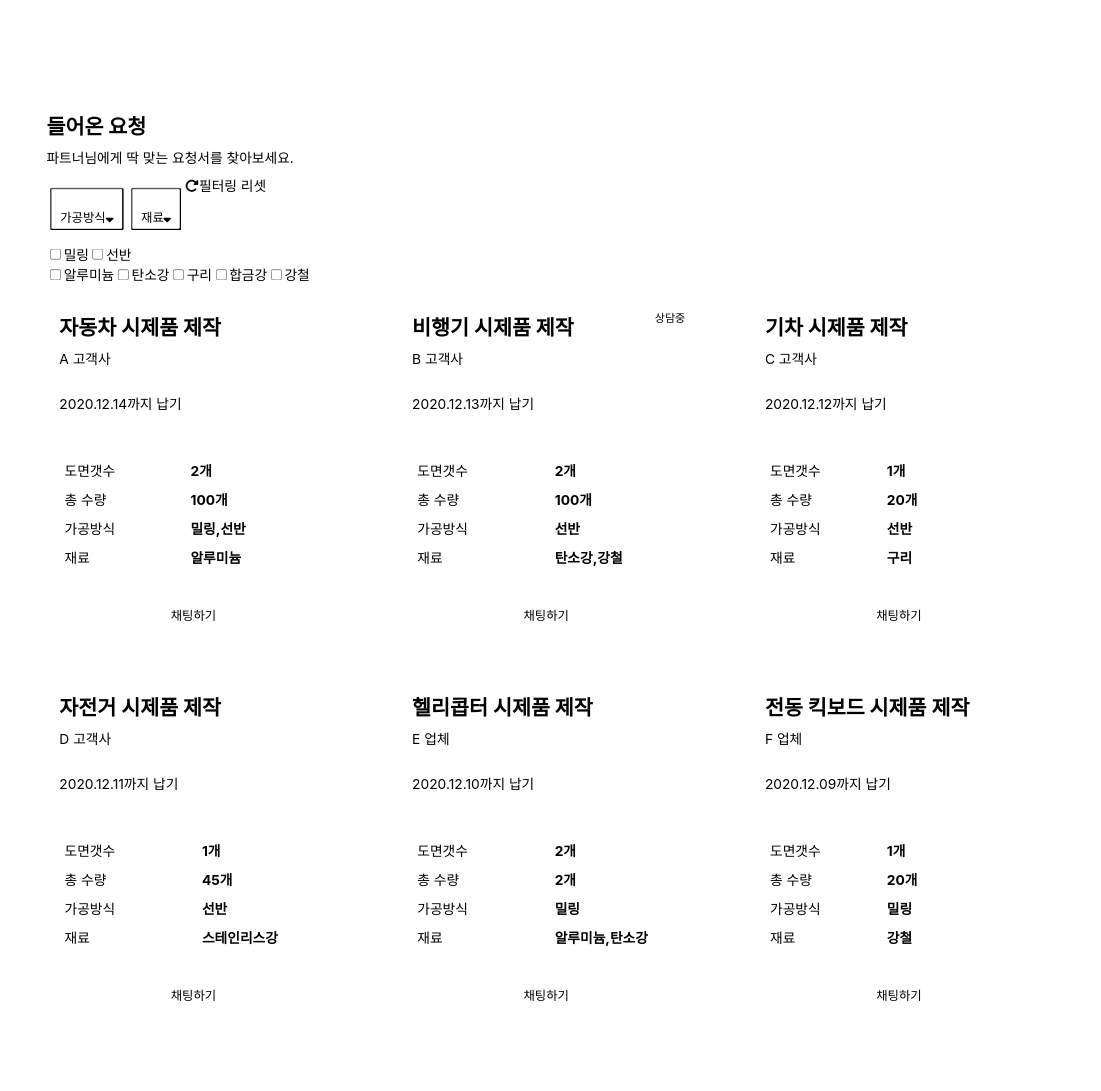
Repository: seoulsaram/capa
Page: /
An editor plug-in stored every save of this project. The page is shown before and after a run of saves, followed by the edit.
The browser window is 1280 px wide. The pictures show the whole page, at 86% of full size.
The project was rebuilt for these pictures with package versions that can differ from the ones it lists, and the page was loaded fresh each time. Requests to the local data server were answered from the project's data file. Also part of the build but not shown: src/App.css.

Above is the page before, as saved 2021-03-07 01:07:01.

### public/index.html
<!DOCTYPE html>
<html lang="en">
  <head>
    <meta charset="utf-8" />
    <link rel="icon" href="%PUBLIC_URL%/favicon.ico" />
    <meta name="viewport" content="width=device-width, initial-scale=1" />
    <meta name="theme-color" content="#000000" />
    <meta name="description" content="Web site created using create-react-app" />

    <title>React App</title>
  </head>
  <body>
    <noscript>You need to enable JavaScript to run this app.</noscript>
    <div id="root"></div>
  </body>
</html>

### src/index.js
import React from "react";
import ReactDOM from "react-dom";
import "./index.css";
import App from "./app";
import RequestInfo from "./service/request_info";

const requestInfo = new RequestInfo();

ReactDOM.render(
  <React.StrictMode>
    <App requestInfo={requestInfo} />
  </React.StrictMode>,
  document.getElementById("root")
);

### src/App.js
import "./app.css";
import Header from "./components/header/header";
import ItemContainer from "./components/item_container/item_container";
import "@fortawesome/fontawesome-free/js/all.js";

function App({ requestInfo }) {
  return (
    <div>
      <Header />
      <ItemContainer requestInfo={requestInfo} />
    </div>
  );
}

export default App;

### src/service/request_info.js
class RequestInfo {
  constructor() {
    this.getrequestOptions = {
      method: "GET",
    };
  }

  async getInfo() {
    const response = await fetch("http://localhost:3002/requests", this.getrequestOptions);
    const res = await response.json();
    return res;
  }
}

export default RequestInfo;

### src/components/header/header.js
import React, { memo } from "react";
import styles from "./header.module.css";

const Header = (props) => (
  <div className={styles.header}>
    <div className={styles.headerLeft}>
      <p>CAPA</p>
      <p>파트너스</p>
    </div>
    <div className={styles.headerRight}>
      <p>A가공업체</p>
      <div className={styles.line}></div>
      <p>로그아웃</p>
    </div>
  </div>
);

export default Header;

### src/components/item_container/item_container.js
import React, { useEffect, useState } from "react";
import Filter from "../filter/filter";
import RequestBox from "../request_box/request_box";
import styles from "./item_container.module.css";

const ItemContainer = ({ requestInfo }) => {
  const [reqInfo, setReqInfo] = useState([]);

  useEffect(() => {
    requestInfo.getInfo().then((info) => setReqInfo(info));
  }, [requestInfo]);

  return (
    <section className={styles.section}>
      <h2 className={styles.title}>들어온 요청</h2>
      <p className={styles.desc}>파트너님에게 딱 맞는 요청서를 찾아보세요.</p>
      <Filter reqInfo={reqInfo} />

      <ul className={styles.cards}>
        {reqInfo.map((info) => (
          <RequestBox reqInfo={info} key={info.id} />
        ))}
      </ul>
    </section>
  );
};

export default ItemContainer;

### src/components/header/header.module.css
@value MakeBlue from '../../common/color.css';

.header {
  display: flex;
  justify-content: space-between;
  padding: 5px 20px;
  background-color: MakeBlue;
  color: white;
}

.headerLeft {
  display: flex;
  align-items: center;
}

.headerRight {
  display: flex;
  align-items: center;
}

.line {
  width: 2px;
  height: 50%;
  background-color: white;
  margin: 0px 14px;
}

### src/components/filter/filter.jsx
import React from "react";
import styles from "./filter.module.css";

const Filter = ({ reqInfo }) => {
  const method = ["밀링", "선반"];
  const material = ["알루미늄", "탄소강", "구리", "합금강", "강철"];

  return (
    <section className={styles.section}>
      {/* 가공방식 */}
      {/* 1. 값이 든 배열 만들기
      2. 온클릭 이벤트를 만들기
      3. 이벤트에 두 가지 값을 동시에 필터링하는 로직 넣기 */}
      <div className={styles.filterContainer}>
        <button className={styles.filterBtn}>
          가공방식<i className="fas fa-sort-down"></i>
        </button>

        {/* 재료 */}
        <button className={styles.filterBtn}>
          재료<i className="fas fa-sort-down"></i>
        </button>

        <div className={styles.reset}>
          <i className="fas fa-redo-alt"></i>필터링 리셋
        </div>
      </div>

      <div className={styles.filter}>
        {method.map((methods) => (
          <label htmlFor={methods} key={methods}>
            <input type="checkbox" name={methods} value={methods} />
            {methods}
          </label>
        ))}
      </div>

      <div className={styles.filter}>
        {material.map((materials) => (
          <label htmlFor={materials} key={materials}>
            <input type="checkbox" name={materials} value={materials} />
            {materials}
          </label>
        ))}
      </div>

      <div></div>
    </section>
  );
};

export default Filter;

// "requests": [
//     {
//       "id": 1,
//       "title": "자동차 시제품 제작",
//       "client": "A 고객사",
//       "due": "2020.12.14",
//       "count": 2,
//       "amount": 100,
//       "method": ["밀링", "선반"],
//       "material": ["알루미늄"],
//       "status": "대기중"
//     },

### src/components/request_box/request_box.jsx
import React from "react";
import styles from "./request_box.module.css";

const RequestBox = ({ reqInfo }) => {
  return (
    <div className={styles.card}>
      <div className={styles.top}>
        <div className={styles.titleContainer}>
          <h2>{reqInfo.title}</h2>
          {reqInfo.status === "상담중" && <div className={styles.status}>{reqInfo.status}</div>}
        </div>
        <p className={styles.client}>{reqInfo.client}</p>
        <p className={styles.due}>{reqInfo.due}까지 납기</p>
      </div>
      <div className={styles.line}></div>
      {/* 테이블 로만들기 */}
      <table className={styles.bottom}>
        <tbody className={styles.order}>
          <tr>
            <td className={styles.orderTitle}>도면갯수</td>
            <td className={styles.orderBold}>{reqInfo.count}개</td>
          </tr>
          <tr>
            <td className={styles.orderTitle}>총 수량</td>
            <td className={styles.orderBold}>{reqInfo.amount}개</td>
          </tr>
          <tr>
            <td className={styles.orderTitle}>가공방식</td>
            <td className={styles.orderBold}>{reqInfo.method.join(",")}</td>
          </tr>
          <tr>
            <td className={styles.orderTitle}>재료</td>
            <td className={styles.orderBold}>{reqInfo.material.join(",")}</td>
          </tr>
        </tbody>
      </table>
      <div className={styles.btnContainer}>
        <button className={styles.reqBtn}>요청 내역 보기</button>
        <button className={styles.chatBtn}>채팅하기</button>
      </div>
    </div>
  );
};

export default RequestBox;

### src/components/item_container/item_container.module.css
@value MakeBlue,MakeBlack,MakeLightBlue,MakeGrey,MakeLightGrey,MakeYellow from '../../common/color.css';
.section {
  padding: 54px;
  color: MakeBlack;
}

.title,
.desc {
  margin: 8px 0px;
}

.cards {
  display: flex;
  justify-content: space-between;
  flex-wrap: wrap;
}

### src/components/filter/filter.module.css
@value MakeBlue,MakeBlack,MakeLightBlue,MakeGrey,MakeLightGrey,MakeYellow from '../../common/color.css';
.filterContainer {
  display: flex;
}

.filterBtn {
  margin: 15px 4px;
  padding: 8px 10px;
  background-color: transparent;
  border: 1px solid MakeLightGrey;
  border-radius: 0.2rem;
  outline: none;
  font-size: 0.9rem;
  cursor: pointer;
  height: 50px;
  line-height: 50px;
}

.fas {
  color: MakeLightGrey;
}

### src/components/request_box/request_box.module.css
@value MakeBlue,MakeBlack,MakeLightBlue,MakeGrey,MakeLightGrey,MakeYellow from '../../common/color.css';

* {
  box-sizing: border-box;
}

ul {
  margin: 0;
  padding: 0;
}

.card {
  width: 30%;
  border: 1px solid MakeLightGrey;
  border-radius: 3px;
  padding: 10px 15px;
  margin-bottom: 15px;
}

.card:hover {
  border: 1px solid MakeLightBlue;
}

.titleContainer {
  display: flex;
  align-items: center;
  justify-content: space-between;
}

.titleContainer > h2 {
  margin-bottom: 0px;
}

.client {
  margin: 8px 0px;
}
.due {
  color: MakeGrey;
  margin-top: 28px;
}

.status {
  border: 1px solid MakeYellow;
  border-radius: 45px;
  padding: 4px;
  font-size: 0.8rem;
  color: MakeYellow;
}

.line {
  width: 98%;
  height: 2px;
  margin: auto;
  background-color: MakeLightGrey;
}
.bottom {
  margin-top: 30px;
  margin-bottom: 15px;
}

td {
  width: 25%;
  padding: 4px;
}

.orderBold {
  font-weight: 700;
}

.reqBtn,
.chatBtn {
  margin: 15px 4px;
  padding: 8px 10px;
  background-color: transparent;
  border: none;
  border-radius: 0.2rem;
  outline: none;
  font-size: 0.9rem;
  cursor: pointer;
}

.reqBtn {
  color: white;
  background-color: MakeLightBlue;
}

.chatBtn {
  border: 1px solid MakeLightBlue;
  color: MakeLightBlue;
}

### db.json
{
  "requests": [
    {
      "id": 1,
      "title": "자동차 시제품 제작",
      "client": "A 고객사",
      "due": "2020.12.14",
      "count": 2,
      "amount": 100,
      "method": ["밀링", "선반"],
      "material": ["알루미늄"],
      "status": "대기중"
    },
    {
      "id": 2,
      "title": "비행기 시제품 제작",
      "client": "B 고객사",
      "due": "2020.12.13",
      "count": 2,
      "amount": 100,
      "method": ["선반"],
      "material": ["탄소강", "강철"],
      "status": "상담중"
    },
    {
      "id": 3,
      "title": "기차 시제품 제작",
      "client": "C 고객사",
      "due": "2020.12.12",
      "count": 1,
      "amount": 20,
      "method": ["선반"],
      "material": ["구리"],
      "status": "대기중"
    },
    {
      "id": 4,
      "title": "자전거 시제품 제작",
      "client": "D 고객사",
      "due": "2020.12.11",
      "count": 1,
      "amount": 45,
      "method": ["선반"],
      "material": ["스테인리스강"],
      "status": "대기중"
    },
    {
      "id": 5,
      "title": "헬리콥터 시제품 제작",
      "client": "E 업체",
      "due": "2020.12.10",
      "count": 2,
      "amount": 2,
      "method": ["밀링"],
      "material": ["알루미늄", "탄소강"],
      "status": "대기중"
    },
    {
      "id": 6,
      "title": "전동 킥보드 시제품 제작",
      "client": "F 업체",
      "due": "2020.12.09",
      "count": 1,
      "amount": 20,
      "method": ["밀링"],
      "material": ["강철"],
      "status": "대기중"
    }
  ]
}

Loaded but not shown: src/index.css (common file)

After the next 3 saves:
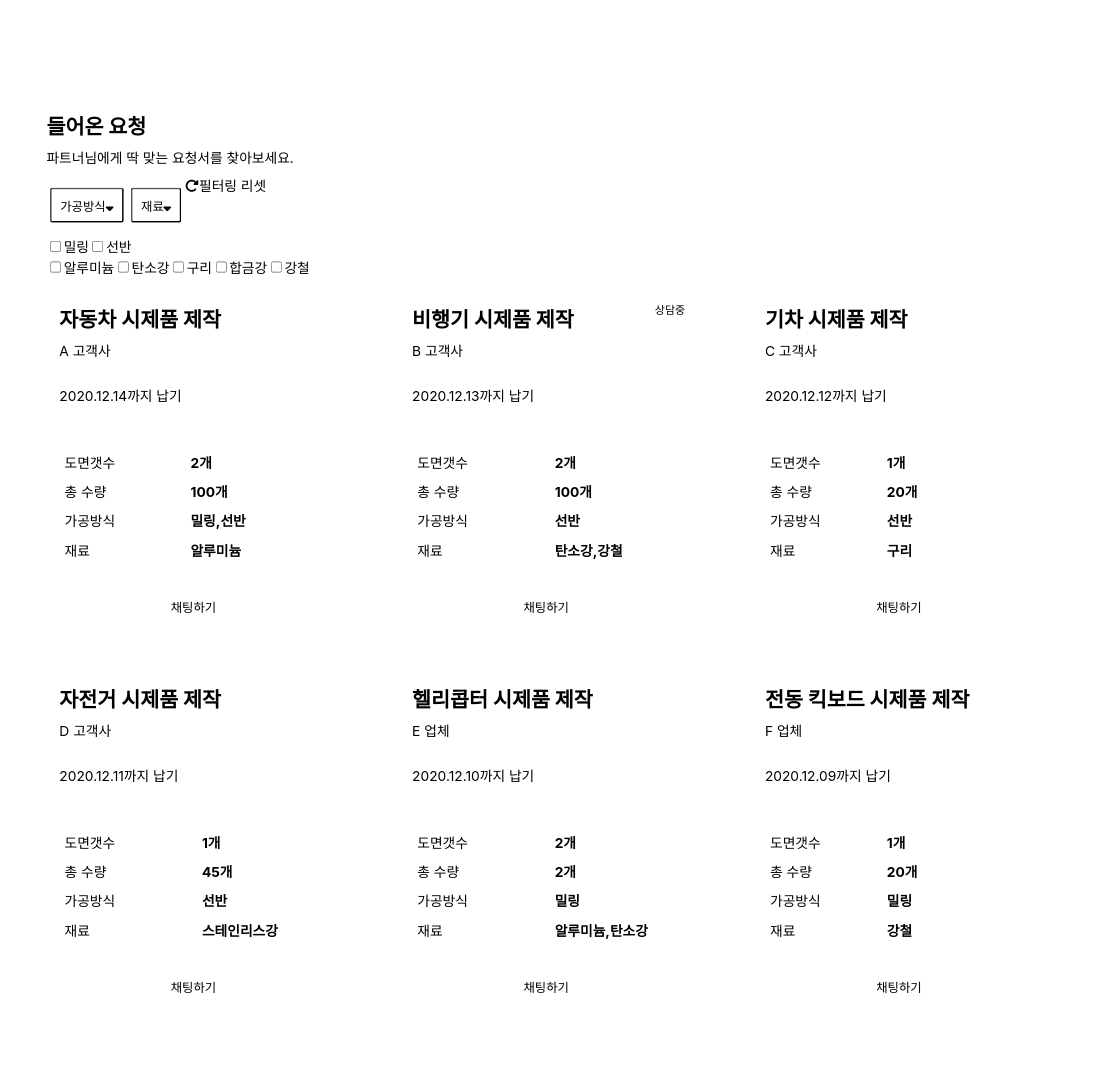
The 3 saves are shown as one change because they came seconds apart.
The last was saved 28 s later.
--- a/src/components/filter/filter.module.css
+++ b/src/components/filter/filter.module.css
@@ -1,4 +1,9 @@
 @value MakeBlue,MakeBlack,MakeLightBlue,MakeGrey,MakeLightGrey,MakeYellow from '../../common/color.css';
+
+* {
+  box-sizing: border-box;
+}
+
 .filterContainer {
   display: flex;
 }
@@ -12,8 +17,6 @@
   outline: none;
   font-size: 0.9rem;
   cursor: pointer;
-  height: 50px;
-  line-height: 50px;
 }
 
 .fas {
